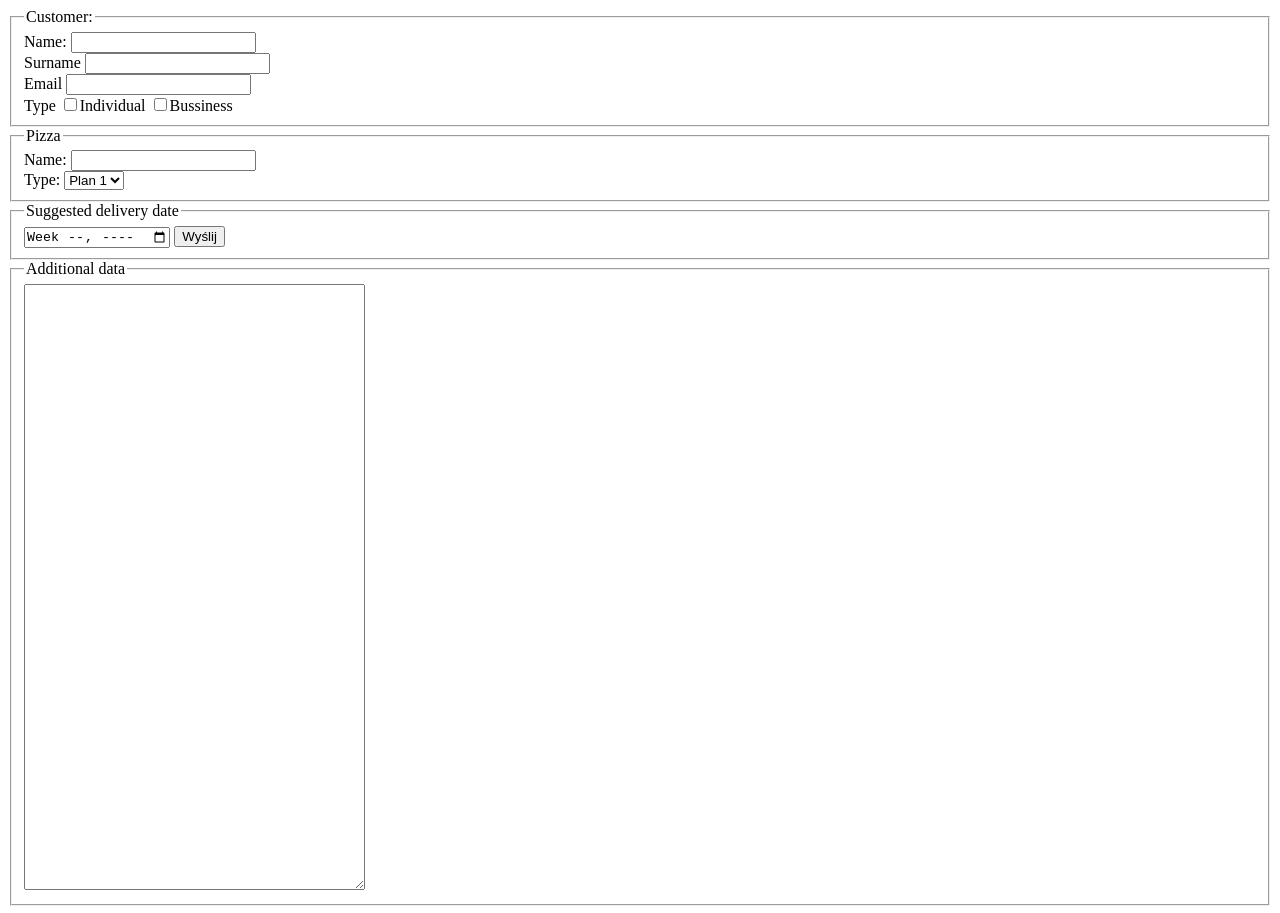
Repository: wisni4k/html-trainee
Page: testWeb/WebContent/Formularz.html
The author's editor kept a copy of each file at every save. The page is drawn from the files as they stood at one save, then again after the next save.
The browser window is 1280 px wide. The pictures show the whole page.

Above is the page before, as saved 2015-07-10 11:38:59.

After the next save:
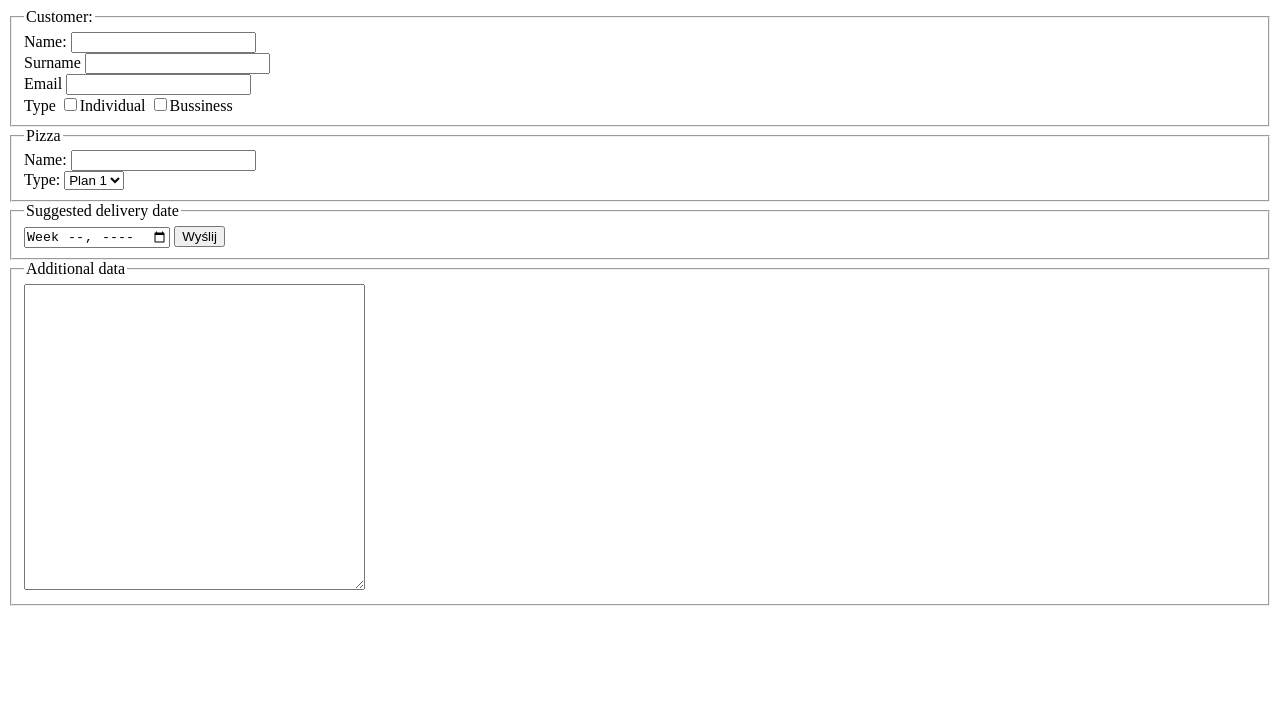
Saved 10 s later.
--- a/testWeb/WebContent/Formularz.html
+++ b/testWeb/WebContent/Formularz.html
@@ -35,7 +35,7 @@
 		</fieldset>
 		<fieldset>
 			<legend>Additional data</legend>
-			<textarea name="nazwa" cols="40" rows="40">
+			<textarea name="nazwa" cols="40" rows="20">
 
 			</textarea>
 		</fieldset>
